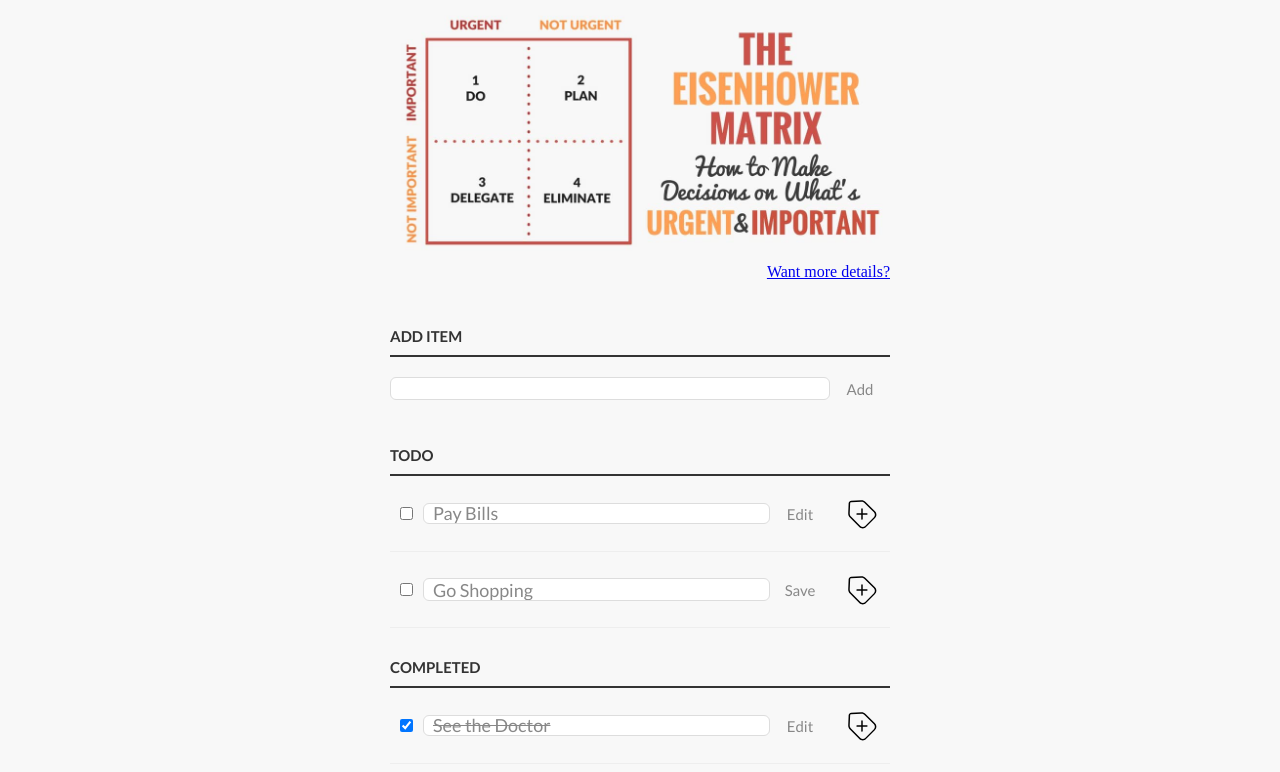
Repository: AlekseyRD88/clean-code-s1e1
Page: index.html
An editor plug-in stored every save of this project. The page is shown before and after the next save, followed by the edit.
The browser window is 1280 px wide. The pictures show the whole page.

Above is the page before, as saved 2024-12-15 13:50:30.

### index.html
<!DOCTYPE html>
  <head>
    <title>Todo App</title>
    <link href="https://fonts.googleapis.com/css?family=Lato:300,400,700" rel="stylesheet">
    <link rel="stylesheet" href="style.css" type="text/css" media="screen" charset="utf-8">
  </head>
  <body class="page">
    <header class="header">
      <img src="./eisenhower-matrix.jpg" alt="matrix">
      <a class="more-inf" href="https://goal-life.com/page/method/matrix-eisenhower">Want more details?</a>
    </header>
    <main class="center-element">
      <p id="add-elem">
      <label for="new-task" class="new-task">Add Item</label>
        <div class="task-wrapper">
          <input id="new-task" class="task" type="text">
          <button class="button">Add</button>
        </div>
      </p>
      <h3>Todo</h3>
      <ul id="incomplete-tasks" class="list">
        <li>
          <input type="checkbox">
          <label class="task">Pay Bills</label>
          <input type="text" class="task">
          <button class="button edit">Edit</button>
          <button class="button delete">
            <img src="./remove.svg" alt="icon-remove">
          </button>
        </li>
        <li class="edit-mode">
          <input type="checkbox">
          <label class="task">Go Shopping</label>
          <input type="text" value="Go Shopping" class="task">
          <button class="button edit">Save</button>
          <button class="button delete">
            <img src="./remove.svg" alt="icon-remove">
          </button>
        </li>
      </ul>
      <h3>Completed</h3>
      <ul id="completed-tasks" class="list">
        <li>
          <input type="checkbox" checked>
          <label class="task">See the Doctor</label>
          <input type="text" class="task">
          <button class="button edit">Edit</button>
          <button class="button delete">
            <img src="./remove.svg" alt="icon-remove">
          </button>
        </li>
      </ul>
    </main>
    <script src="app.js"></script>
  </body>
</html>

### style.css
/* Basic Style */
.page {
  background-color: #f8f8f8;
  color: #333;
  font-family: Lato, sans-serif;
}
.header {
  width: 500px;
  margin: 0 auto;
  display: block;
  text-align: right;
}
.header img {
  width: 100%;
}
.header .more-inf {
  font-family: fantasy, cursive;
}
@media (max-width:768px) {
  .header {
    text-align: center;
  }
}
.center-element {
  display: block;
  width: 500px;
  margin: 0 auto 0;
}
.task {
  width: 56%;
  display: inline-block;
  flex-grow: 1;
}
.task-wrapper {
  display: flex;
}
.list {
  margin: 0;
  padding: 0px;
}
li,
h3 {
  list-style: none;
}
input,button{
  outline: none;
}
.button {
  background: none;
  border: 0px;
  color: #888;
  font-size: 15px;
  width: 60px;
  font-family: Lato, sans-serif;
  cursor: pointer;
}
.button:hover {
  color: #3a3A3a;
}
/* Heading */
h3,
.new-task {
  color: #333;
  font-weight: 700;
  font-size: 15px;
  border-bottom: 2px solid #333;
  padding: 30px 0 10px;
  margin: 0;
  text-transform: uppercase;
}
.task {
  margin: 0;
  font-size: 18px;
  line-height: 18px;
  height: 21px;
  padding: 0 9px;
  border: 1px solid #dDd;
  background: #FFF;
  border-radius: 6px;
  font-family: Lato, sans-serif;
  color: #888;
}
.task:focus {
  color: #333;
}
/* New Task */
label[for='new-task'] {
  display: block;
  margin: 0 0 20px;
}
#new-task {
  width: 318px;
}
/* Task list */
li {
  overflow: hidden;
  padding: 20px 0;
  border-bottom: 1px solid #eee;
  display: flex;
  justify-content: space-between;
  align-items: center;
}
li > * {
  vertical-align: middle;
}
li > input[type="checkbox"] {
  margin: 0 10px;
}
li > label {
  padding-left: 10px;
  box-sizing: border-box;
  font-size: 18px;
  width: 226px;
}
li >    input[type="text"] {
  width: 226px
}
.delete img {
  height: 2em;
  transform: rotateZ(45deg);
  transition: transform 200ms ease-in;
}
.delete img:hover {
  transform: rotateZ(0);
}
/* Completed */
#completed-tasks label {
  text-decoration: line-through;
  color: #888;
}
/* Edit Task */
ul li input[type=text] {
  display: none;
}

ul .edit-mode input[type=text] {
  display: inline-block;
  width: 224px;
}

ul .edit-mode label {
  display: none;
}

### app.js
//Document is the DOM can be accessed in the console with document.window.
// Tree is from the top, html, body, p etc.

//Problem: User interaction does not provide the correct results.
//Solution: Add interactivity so the user can manage daily tasks.
//Break things down into smaller steps and take each step at a time.


// Event handling, user interaction is what starts the code execution.

var taskInput = document.getElementById("new-task"); //Add a new task.
var addButton = document.getElementsByTagName("button")[0]; //first button
var incompleteTaskHolder = document.getElementById("incomplete-tasks"); //ul of #incompleteTasks
var completedTasksHolder = document.getElementById("completed-tasks"); //completed-tasks


//New task list item
var createNewTaskElement = function (taskString) {

  var listItem = document.createElement("li");

  //input (checkbox)
  var checkBox = document.createElement("input"); //checkbx
  //label
  var label = document.createElement("label"); //label
  //input (text)
  var editInput = document.createElement("input"); //text
  //button.edit
  var editButton = document.createElement("button"); //edit button

  //button.delete
  var deleteButton = document.createElement("button"); //delete button
  var deleteButtonImg = document.createElement("img"); //delete button image

  label.innerText = taskString;
  label.className = 'task';

  //Each elements, needs appending
  checkBox.type = "checkbox";
  editInput.type = "text";
  editInput.className = "task";

  editButton.innerText = "Edit"; //innerText encodes special characters, HTML does not.
  editButton.className = "edit";

  deleteButton.className = "delete";
  deleteButtonImg.src = './remove.svg';
  deleteButton.appendChild(deleteButtonImg);


  //and appending.
  listItem.appendChild(checkBox);
  listItem.appendChild(label);
  listItem.appendChild(editInput);
  listItem.appendChild(editButton);
  listItem.appendChild(deleteButton);
  return listItem;
}



var addTask = function () {
  console.log("Add Task...");
  //Create a new list item with the text from the #new-task:
  if (!taskInput.value) return;
  var listItem = createNewTaskElement(taskInput.value);

  //Append listItem to incompleteTaskHolder
  incompleteTaskHolder.appendChild(listItem);
  bindTaskEvents(listItem, taskCompleted);

  taskInput.value = "";

}

//Edit an existing task.

var editTask = function () {
  console.log("Edit Task...");
  console.log("Change 'edit' to 'save'");


  var listItem = this.parentNode;

  var editInput = listItem.querySelector('input[type=text]');
  var label = listItem.querySelector("label");
  var editBtn = listItem.querySelector(".edit");
  var containsClass = listItem.classList.contains("edit-mode");
  //If class of the parent is .editmode
  if (containsClass) {

    //switch to .editmode
    //label becomes the inputs value.
    label.innerText = editInput.value;
    editBtn.innerText = "Edit";
  } else {
    editInput.value = label.innerText;
    editBtn.innerText = "Save";
  }

  //toggle .editmode on the parent.
  listItem.classList.toggle("edit-mode");
};


//Delete task.
var deleteTask = function () {
  console.log("Delete Task...");

  var listItem = this.parentNode;
  var ul = listItem.parentNode;
  //Remove the parent list item from the ul.
  ul.removeChild(listItem);

}


//Mark task completed
var taskCompleted = function () {
  console.log("Complete Task...");

  //Append the task list item to the #completed-tasks
  var listItem = this.parentNode;
  completedTasksHolder.appendChild(listItem);
  bindTaskEvents(listItem, taskIncomplete);

}


var taskIncomplete = function () {
  console.log("Incomplete Task...");
  //Mark task as incomplete.
  //When the checkbox is unchecked
  //Append the task list item to the #incompleteTasks.
  var listItem = this.parentNode;
  incompleteTaskHolder.appendChild(listItem);
  bindTaskEvents(listItem, taskCompleted);
}



var ajaxRequest = function () {
  console.log("AJAX Request");
}

//The glue to hold it all together.


//Set the click handler to the addTask function.
addButton.onclick = addTask;
addButton.addEventListener("click", addTask);
addButton.addEventListener("click", ajaxRequest);


var bindTaskEvents = function (taskListItem, checkBoxEventHandler) {
  console.log("bind list item events");
  //select ListItems children
  var checkBox = taskListItem.querySelector("input[type=checkbox]");
  var editButton = taskListItem.querySelector(".edit");
  var deleteButton = taskListItem.querySelector(".delete");


  //Bind editTask to edit button.
  editButton.onclick = editTask;
  //Bind deleteTask to delete button.
  deleteButton.onclick = deleteTask;
  //Bind taskCompleted to checkBoxEventHandler.
  checkBox.onchange = checkBoxEventHandler;
}

//cycle over incompleteTaskHolder ul list items
//for each list item
for (var i = 0; i < incompleteTaskHolder.children.length; i++) {

  //bind events to list items chldren(tasksCompleted)
  bindTaskEvents(incompleteTaskHolder.children[i], taskCompleted);
}




//cycle over completedTasksHolder ul list items
for (var i = 0; i < completedTasksHolder.children.length; i++) {
  //bind events to list items chldren(tasksIncompleted)
  bindTaskEvents(completedTasksHolder.children[i], taskIncomplete);
}




// Issues with usability don't get seen until they are in front of a human tester.

//prevent creation of empty tasks.

//Change edit to save when you are in edit mode.

After the next save:
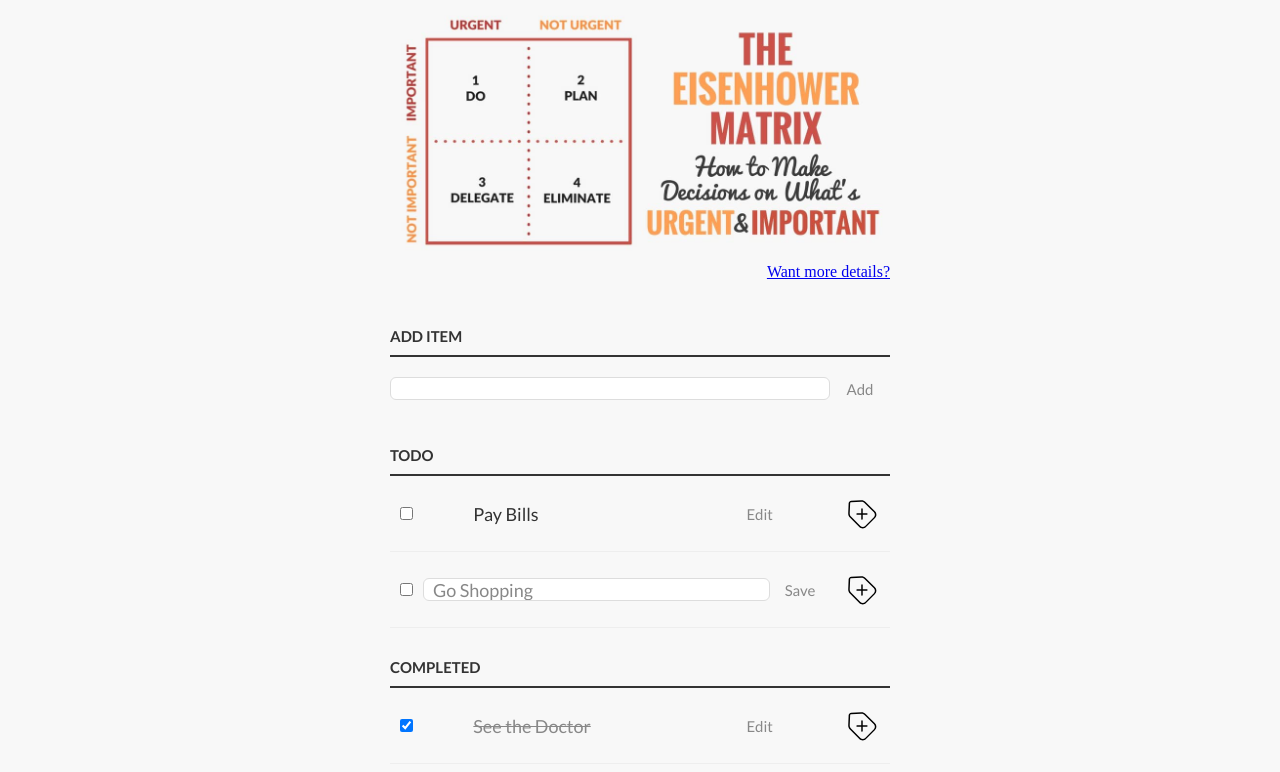
Saved 2 min 12 s later.
--- a/index.html
+++ b/index.html
@@ -21,7 +21,7 @@
       <ul id="incomplete-tasks" class="list">
         <li>
           <input type="checkbox">
-          <label class="task">Pay Bills</label>
+          <label class="task-label">Pay Bills</label>
           <input type="text" class="task">
           <button class="button edit">Edit</button>
           <button class="button delete">
@@ -30,7 +30,7 @@
         </li>
         <li class="edit-mode">
           <input type="checkbox">
-          <label class="task">Go Shopping</label>
+          <label class="task-label">Go Shopping</label>
           <input type="text" value="Go Shopping" class="task">
           <button class="button edit">Save</button>
           <button class="button delete">
@@ -42,7 +42,7 @@
       <ul id="completed-tasks" class="list">
         <li>
           <input type="checkbox" checked>
-          <label class="task">See the Doctor</label>
+          <label class="task-label">See the Doctor</label>
           <input type="text" class="task">
           <button class="button edit">Edit</button>
           <button class="button delete">

After the save that followed:
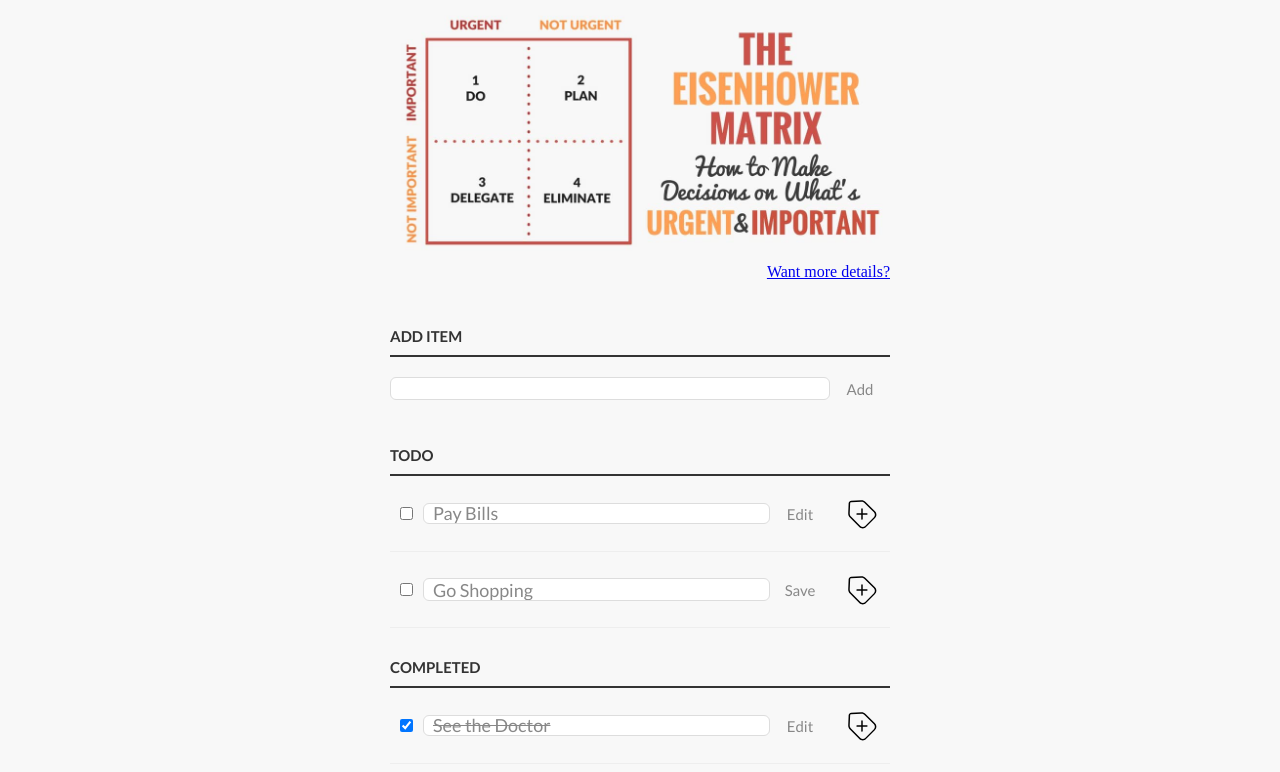
Saved 2 min 12 s later.
--- a/index.html
+++ b/index.html
@@ -21,7 +21,7 @@
       <ul id="incomplete-tasks" class="list">
         <li>
           <input type="checkbox">
-          <label class="task-label">Pay Bills</label>
+          <label class="task">Pay Bills</label>
           <input type="text" class="task">
           <button class="button edit">Edit</button>
           <button class="button delete">
@@ -30,7 +30,7 @@
         </li>
         <li class="edit-mode">
           <input type="checkbox">
-          <label class="task-label">Go Shopping</label>
+          <label class="task">Go Shopping</label>
           <input type="text" value="Go Shopping" class="task">
           <button class="button edit">Save</button>
           <button class="button delete">
@@ -42,7 +42,7 @@
       <ul id="completed-tasks" class="list">
         <li>
           <input type="checkbox" checked>
-          <label class="task-label">See the Doctor</label>
+          <label class="task">See the Doctor</label>
           <input type="text" class="task">
           <button class="button edit">Edit</button>
           <button class="button delete">
